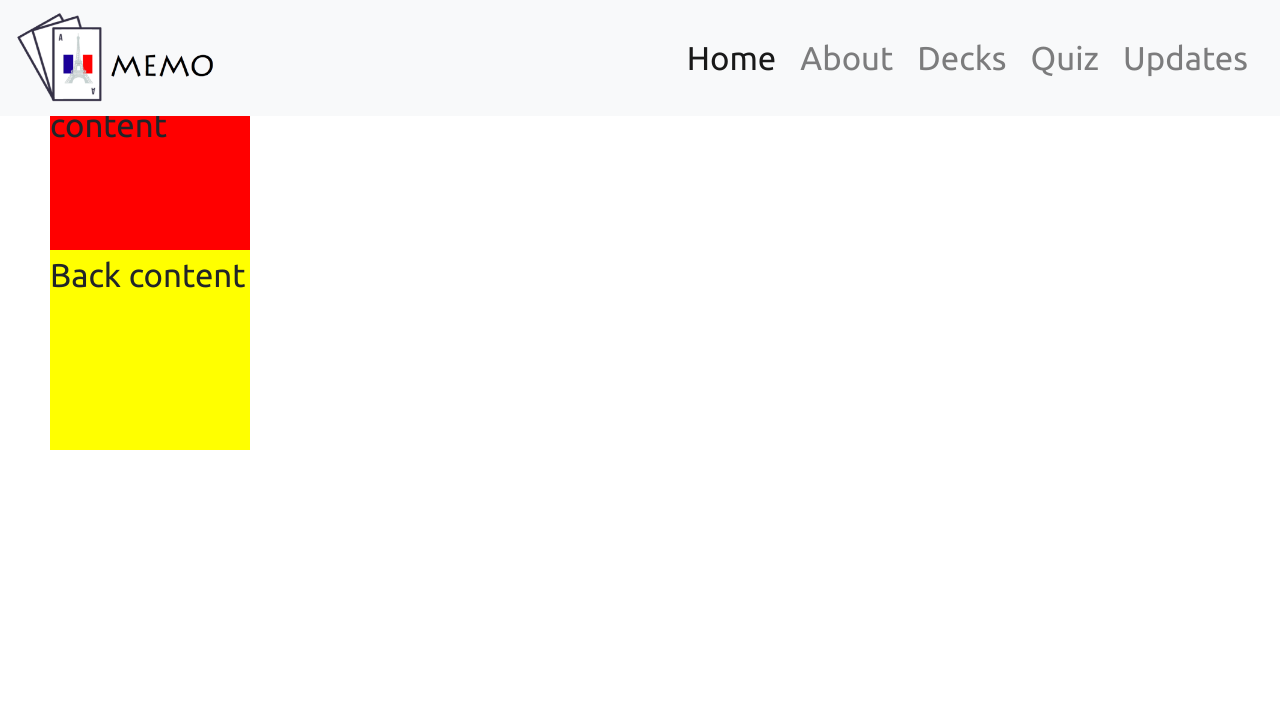
Repository: farahroslend/memofrancais
Page: flashcards.html
The author's editor kept a record of every edit. The page is drawn from the files as they stood at one moment, then again after the next edit.
The browser window is 1280 px wide. The pictures show the whole page.
Some web libraries are served in a nearby version.

Above is the page before.

After the next edit:
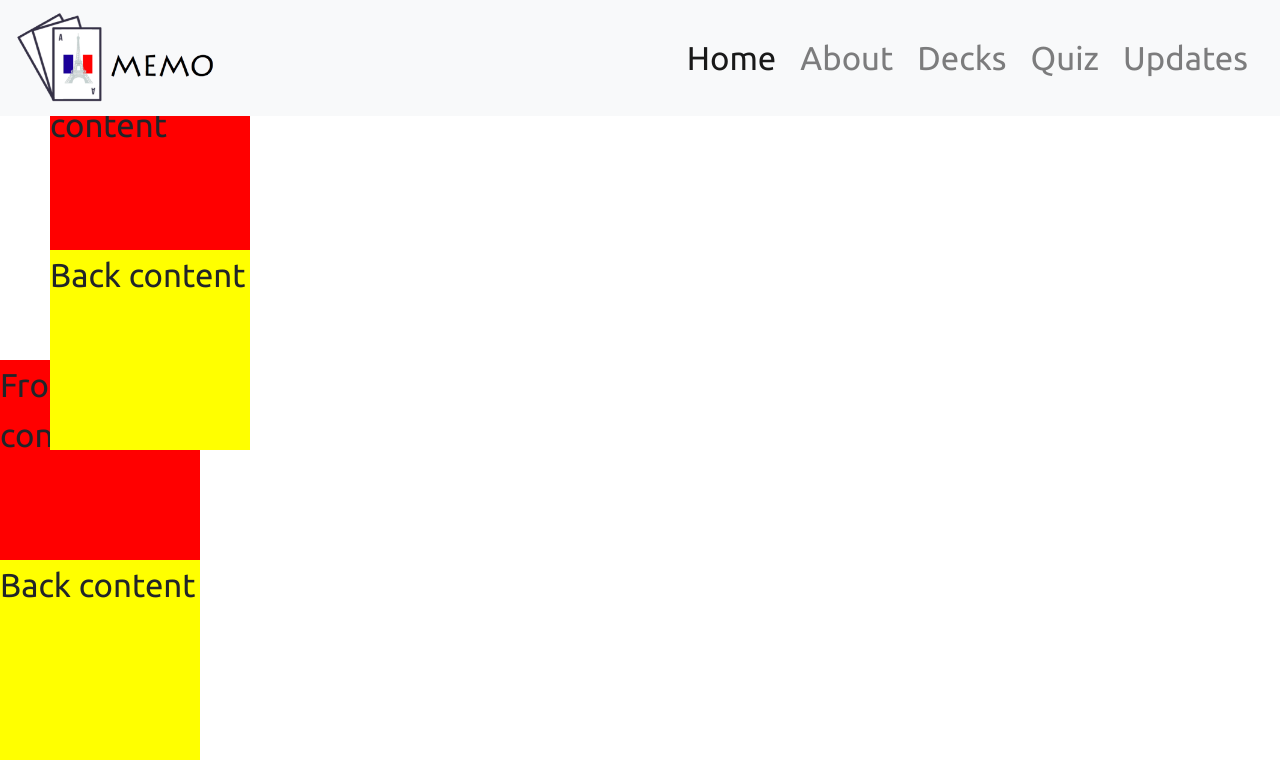
The edit:
--- a/flashcards.html
+++ b/flashcards.html
@@ -40,7 +40,7 @@
     <!-- javascript-->
     <script src="https://code.jquery.com/jquery-2.1.4.min.js"></script>
     <script src="https://cdn.rawgit.com/nnattawat/flip/master/dist/jquery.flip.min.js"></script>
-    <div id="card">
+    <div id="card" style="position: absolute; left: 0px; top: 50%;">
         <div class="front">
             Front content
         </div>
